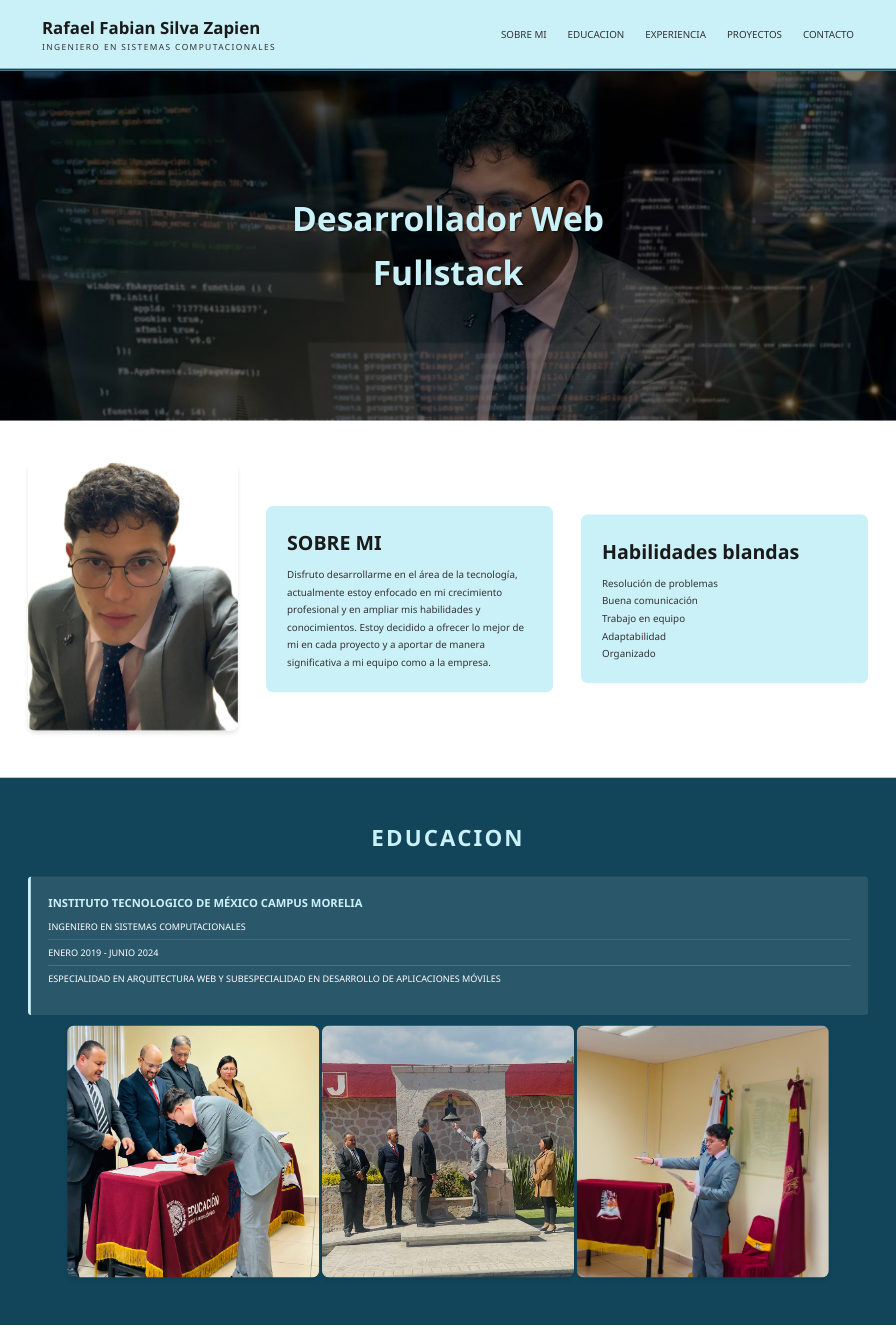
Repository: rafaelsilva2k/mi-portafolio
Page: index.html
The author's editor kept a copy of each file at every save. The page is drawn from the files as they stood at one save, then again after a run of saves.
The browser window is 1280 px wide. The pictures show the part of the page from y = 0 to 1920 px (the page is 3313 px tall), at 70% of full size.

Above is the page before, as saved 2026-04-17 13:01:07.

### index.html
<!DOCTYPE html>
<html lang="en">
<head>
    <meta charset="UTF-8">
    <meta name="viewport" content="width=device-width, initial-scale=1.0">
    <title>Rafael Fabian Silva Zapien</title>
    <link rel="stylesheet" href="styles.css">
</head>
<body>
    <!-- HEADER: Nombre, Profesión y Menú de Navegación -->
    <header class="header">
        <div class="header-content">
            <div class="logo-section">
                <h1>Rafael Fabian Silva Zapien</h1>
                <p class="profession">INGENIERO EN SISTEMAS COMPUTACIONALES</p>
            </div>

            <nav class="navbar">
                <ul>
                    <li><a href="#sobre-mi">SOBRE MI</a></li>
                    <li><a href="#educacion">EDUCACION</a></li>
                    <li><a href="#experiencia">EXPERIENCIA</a></li>
                    <li><a href="#proyectos">PROYECTOS</a></li>
                    <li><a href="#contacto">CONTACTO</a></li>
                </ul>
            </nav>
        </div>
    </header>

    <!-- HERO SECTION: Imagen grande con texto "Desarrollador Web Fullstack" -->
     <section class="hero">
        <div class="hero-content">
            <h2>Desarrollador Web<br>Fullstack</h2>
        </div>
     </section>

     <!-- SECCIÓN SOBRE MÍ: Foto + Descripción -->
      <section id="sobre-mi" class="sobre-mi">
        <div class="sobre-mi-container">
            <div class="sobre-mi-foto">
                <img src="images/me.png" alt="Rafael Silva">
            </div>
            <div class="sobre-mi-texto">
                <h2>SOBRE MI</h2>
                <p>Disfruto desarrollarme en el área de la tecnología, actualmente estoy enfocado en mi crecimiento profesional y en ampliar mis habilidades y conocimientos. Estoy decidido a ofrecer lo mejor de mi en cada proyecto y a aportar de manera significativa a mi equipo como a la empresa.</p>
            </div>
            <div class="sobre-mi-texto">
                <h2>Habilidades blandas</h2>
                <p> Resolución de problemas <br> Buena comunicación <br> Trabajo en equipo  <br> Adaptabilidad <br> Organizado</p>
            </div>
        </div>
      </section>

      <!--Seccion de Educacion-->
      <section id="educacion" class="educacion">
        <h2>EDUCACION</h2>
        <div class="educacion-content">
            <div class="educacion-item">
                <h4>INSTITUTO TECNOLOGICO DE MÉXICO CAMPUS MORELIA</h4>
                <p>INGENIERO EN SISTEMAS COMPUTACIONALES</p>
                <p>ENERO 2019 - JUNIO 2024</p>
                <p>ESPECIALIDAD EN ARQUITECTURA WEB Y SUBESPECIALIDAD EN DESARROLLO DE APLICACIONES MÓVILES</p>
            </div>
            <div class="education-item">
                <div class="education-photos">
                    <img src="images/FirmaTitulacion.jpeg">
                    <img src="images/campanaTitulacion.jpeg">
                    <img src="images/titulacion.jpeg">
                </div>
            </div>
        </div>
      </section>

      <section id="experiencia" class="experiencia">
        <h2>EXPERIENCIA PROFESIONAL</h2>
            <div class="experiencia-content">
                <div class="experiencia-item">
                    <h3>HARMAN a Samsung Company</h3>
                    <p>Residencias Profesionales HARMAN, Samsung Company Enero - Junio 2024 </p><br>
                    <h5>PROYECTO DE SALIDAS MISCELÁNEAS</h5>
                    <p></p>Se trabajo en el desarrolló de una página web que permitió a la empresa
                    controlar y gestionar los productos salientes. Además, se coordinó el flujo de
                    aprobación entre diversas áreas como comercio exterior, logística y seguridad. <br> <br>
                    <h5>PROYECTO COSTO DE BIENES VENDIDOS (COGS)</h5>
                    Se trabajo en la automatización el cálculo de COGS e implementó un módulo
                    que agiliza la obtención de datos para el reporte de COGS, logrando un análisis
                    más detallado y una representación gráfica eficaz de la información.</p>
                </div>
                <div class="experiencia-item">
                    <h3>FIRA - Fideicomisos Instituidos en Relación con la Agricultura</h3>
                    <p>Desarrollador Fullstack en FIRA, Morelia Julio 2024 - Actualidad <br> <br>
                    • Migración, mejora y mantenimiento de múltiples aplicaciones institucionales,
                    entre ellas: Mesa de Servicios, Reservación de Salas, Seguimientos SIPOT,
                    Solicitudes INAI, Ingresos Retenciones, SIPOT, entre otras.
                    Aplicaciones desarrolladas en CodeIgniter (PHP), JavaScript, HTML y CSS,
                    en las cuales realicé correcciones críticas, optimizaciones de rendimiento y
                    mejoras funcionales.
                    Implementación de consumo de APIs internas de FIRA (Capital Humano)
                    cuando fue requerido.
                    Sustitución de vistas de Capital Humano en base de datos por procesos
                    internos más eficientes.
                    Todas las aplicaciones intervenidas fueron migradas a SQL Server 2019. <br>
                    • Desarrollo de un módulo completo dentro de la aplicación Reservación de
                    Salas para la gestión y reservación de cargadores eléctricos para vehículos del
                    personal interno.<br>
                    • Colaboración en la aplicación Siniestralidad, desarrollada originalmente en
                    ASP, la cual fue migrada a SQL Server 2019 y sometida a una limpieza y
                    depuración general. Posteriormente se detectaron fallas en el funcionamiento y
                    realicé los ajustes necesarios para su correcta operación.<br>
                    • Participación en la migración de la aplicación Firma Electrónica, actualizando
                    la plataforma de Java 1.4 a Java 17, así como la migración de Tomcat y todos
                    los cambios estructurales requeridos para garantizar compatibilidad y
                    estabilidad.<br>
                    • Elaboración de documentación técnica detallada para todos los proyectos,
                    facilitando futuras tareas de mantenimiento, soporte y transferencia de
                    conocimiento dentro del equipo. Apoyo adicional en la preparación de
                    documentación para describir cambio</p>
                </div>
            </div>
      </section>

      <!--Seccion de proyectos-->
      <section id="proyectos" class="proyectos">
        <h2>PROYECTOS</h2>
        <div class="proyectos-content">
            <div class="proyectos-item">
                <h4>Primer proyecto</h4>
                <img src="" alt="Proyecto-1-name">
            </div>
            <div class="proyectos-item">
                <h4> Segundo proyecto</h4>
                <img src="" alt="Proyecto-2-name">
            </div>
            <div class="proyectos-item">
                <h4>Tercer proyecto</h4>
                <img src="" alt="proyecto-3-name">
            </div>
        </div>
      </section>

      <section id="contacto" class="contacto">
        <h2>Contacto</h2>
        <div class="contacto-content">
            <p>Email: rafaelsilva2k256@gmail.com</p>
            <p>LinkedIn: <a href="www.linkedin.com/in/rafael-fabian-silva-zapien-a124ba247">Perfil de Linkedin</a></p>
            <p>GitHub: <a href="#">Tu GitHub</a></p>
        </div>
      </section>

      <!--footer-->
      <footer class="footer">
        <p>&copy; 2024 Rafael Fabian Silva Zapien. Todos los derechos reservados.</p>
      </footer>

      <script src="script.js"></script>
</body>
</html>

### styles.css
/* ============================================
   RESET Y VARIABLES GLOBALES
   ============================================ */

* {
    margin: 0;
    padding: 0;
    box-sizing: border-box;
}

:root {
    --color-primary: #caf0f8;      /* Amarillo */
    --color-secondary: #124559;    /* Dorado/Marrón */
    --color-dark: #1a1a1a;         /* Negro */
    --color-text: #333333;         /* Texto gris oscuro */
    --color-white: #ffffff;        /* Blanco */
}

body {
    font-family: 'Segoe UI', Tahoma, Geneva, Verdana, sans-serif;
    color: var(--color-text);
    line-height: 1.6;
}

/* ============================================
   HEADER - Menú y nombre
   ============================================ */

.header {
    background-color: var(--color-primary);
    padding: 20px 0;
    border-bottom: 3px solid var(--color-secondary);
    position: sticky;
    top: 0;
    z-index: 100;
}

.header-content {
    max-width: 1200px;
    margin: 0 auto;
    padding: 0 20px;

    /* FLEXBOX: Alinea nombre a la izquierda y menú a la derecha */
    display: flex;
    justify-content: space-between;
    align-items: center;
}

.logo-section h1 {
    font-size: 24px;
    font-weight: bold;
    color: var(--color-dark);
}

.profession {
    font-size: 12px;
    color: var(--color-text);
    letter-spacing: 2px;
}

/* NAVEGACIÓN - Menú horizontal */
.navbar ul {
    list-style: none;

    /* FLEXBOX: Alinea los items del menú horizontalmente */
    display: flex;
    gap: 30px;
}

.navbar a {
    text-decoration: none;
    color: var(--color-text);
    font-size: 14px;
    font-weight: 500;
    transition: color 0.3s ease;
}

.navbar a:hover {
    color: var(--color-secondary);
}

/* ============================================
   HERO SECTION - Imagen grande
   ============================================ */

.hero {
    background: linear-gradient(rgba(0, 0, 0, 0.5), rgba(0, 0, 0, 0.5)),
                url('images/iaGeneratedMe.jpeg');
    background-size: cover;
    background-position: center;
    height: 500px;

    /* FLEXBOX: Centra el texto en el hero */
    display: flex;
    align-items: center;
    justify-content: center;
    text-align: center;
}

.hero-content h2 {
    font-size: 48px;
    color: var(--color-primary);
    font-weight: bold;
    text-shadow: 2px 2px 4px rgba(0, 0, 0, 0.7);
}

/* ============================================
   SECCIÓN SOBRE MÍ
   ============================================ */

.sobre-mi {
    padding: 60px 20px;
    background-color: var(--color-white);
}

.sobre-mi-container {
    max-width: 1200px;
    margin: 0 auto;

    /* FLEXBOX: Alinea foto a la izquierda y texto a la derecha */
    display: flex;
    gap: 40px;
    align-items: center;
}

.sobre-mi-foto {
    flex: 0 0 300px;  /* Ancho fijo de 300px */
}

.sobre-mi-foto img {
    width: 100%;
    border-radius: 10px;
    box-shadow: 0 4px 6px rgba(0, 0, 0, 0.1);
}

.sobre-mi-texto {
    flex: 1;  /* Ocupa el espacio restante */
    background-color: var(--color-primary);
    padding: 30px;
    border-radius: 10px;
}

.sobre-mi-texto h2 {
    font-size: 28px;
    margin-bottom: 10px;
    color: var(--color-dark);
}

.sobre-mi-texto h3 {
    font-size: 14px;
    letter-spacing: 2px;
    margin-bottom: 20px;
    color: var(--color-secondary);
}

.sobre-mi-texto p {
    font-size: 14px;
    line-height: 1.8;
    color: var(--color-text);
}

/* ============================================
   SECCIÓN EDUCACIÓN
   ============================================ */

.educacion {
    padding: 60px 20px;
    background-color: var(--color-secondary);
    color: var(--color-white);
}

.educacion h2 {
    font-size: 32px;
    margin-bottom: 30px;
    text-align: center;
    color: var(--color-primary);
    letter-spacing: 3px;
}

.educacion-content {
    max-width: 1200px;
    margin: 0 auto;
}

.educacion-item {
    background-color: rgba(255, 255, 255, 0.1);
    padding: 25px;
    margin-bottom: 15px;
    border-left: 4px solid var(--color-primary);
    border-radius: 5px;
}

.educacion-item h4 {
    font-size: 16px;
    margin-bottom: 10px;
    color: var(--color-primary);
}

.educacion-item p {
    font-size: 13px;
    margin-bottom: 8px;
    padding-bottom: 8px;
    border-bottom: 1px solid rgba(255, 255, 255, 0.2);
}

.educacion-item p:last-child {
    border-bottom: none;
}

.education-photos {
    flex: 0 0 300px;  /* Ancho fijo de 300px */
    text-align: center;
}

.education-photos img {
    width: 30%;
    border-radius: 10px;
    box-shadow: 0 4px 6px rgba(0, 0, 0, 0.1);
}

/* ============================================
   SECCIÓN EXPERIENCIA
   ============================================ */

.experiencia {
    padding: 60px 20px;
    background-color: var(--color-white);
}

.experiencia h2 {
    font-size: 32px;
    margin-bottom: 30px;
    text-align: center;
    color: var(--color-secondary);
    letter-spacing: 3px;
}

.experiencia-content {
    max-width: 1200px;
    margin: 0 auto;

    /* FLEXBOX: Coloca los items uno al lado del otro */
    display: flex;
    gap: 30px;
}

.experiencia-item {
    flex: 1;
    background-color: var(--color-primary);
    padding: 25px;
    border-radius: 8px;
    border-left: 4px solid var(--color-secondary);
}

.experiencia-item h4 {
    font-size: 16px;
    margin-bottom: 10px;
    color: var(--color-dark);
}

.experiencia-item p {
    font-size: 13px;
    color: var(--color-text);
}

/* ============================================
   SECCIÓN PROYECTOS
   ============================================ */

.proyectos {
    padding: 60px 20px;
    background-color: var(--color-primary);
}

.proyectos h2 {
    font-size: 32px;
    margin-bottom: 30px;
    text-align: center;
    color: var(--color-secondary);
    letter-spacing: 3px;
}

.proyectos-content {
    max-width: 1200px;
    margin: 0 auto;

    /* FLEXBOX: Coloca las tarjetas en 3 columnas */
    display: flex;
    gap: 25px;
    justify-content: space-between;
}

.proyectos-item {
    flex: 1;
    background-color: var(--color-white);
    padding: 20px;
    border-radius: 8px;
    box-shadow: 0 2px 8px rgba(0, 0, 0, 0.1);
    transition: transform 0.3s ease;
}

.proyectos-item:hover {
    transform: translateY(-5px);
}

.proyectos-item h4 {
    font-size: 16px;
    margin-bottom: 15px;
    color: var(--color-dark);
}

.proyectos-item img {
    width: 100%;
    height: 200px;
    object-fit: cover;
    border-radius: 5px;
    background-color: var(--color-secondary);
}

/* ============================================
   SECCIÓN CONTACTO
   ============================================ */

.contacto {
    padding: 60px 20px;
    background-color: var(--color-secondary);
    color: var(--color-white);
    text-align: center;
}

.contacto h2 {
    font-size: 32px;
    margin-bottom: 30px;
    color: var(--color-primary);
    letter-spacing: 3px;
}

.contacto-content {
    max-width: 600px;
    margin: 0 auto;
    font-size: 14px;
    line-height: 2;
}

.contacto-content a {
    color: var(--color-primary);
    text-decoration: none;
    font-weight: bold;
}

.contacto-content a:hover {
    text-decoration: underline;
}

/* ============================================
   FOOTER
   ============================================ */

.footer {
    background-color: var(--color-dark);
    color: var(--color-white);
    text-align: center;
    padding: 20px;
    font-size: 12px;
}

/* ============================================
   RESPONSIVE - Para dispositivos móviles
   ============================================ */

@media (max-width: 768px) {
    .header-content {
        flex-direction: column;
        gap: 20px;
    }

    .navbar ul {
        gap: 15px;
        font-size: 12px;
    }

    .sobre-mi-container {
        flex-direction: column;
    }

    .sobre-mi-foto {
        flex: 0 0 200px;
    }

    .experiencia-content {
        flex-direction: column;
    }

    .proyectos-content {
        flex-direction: column;
    }

    .hero-content h2 {
        font-size: 32px;
    }
}

Loaded but not shown: script.js (no copy from this time; the picture is the same without it)

After the next 4 saves:
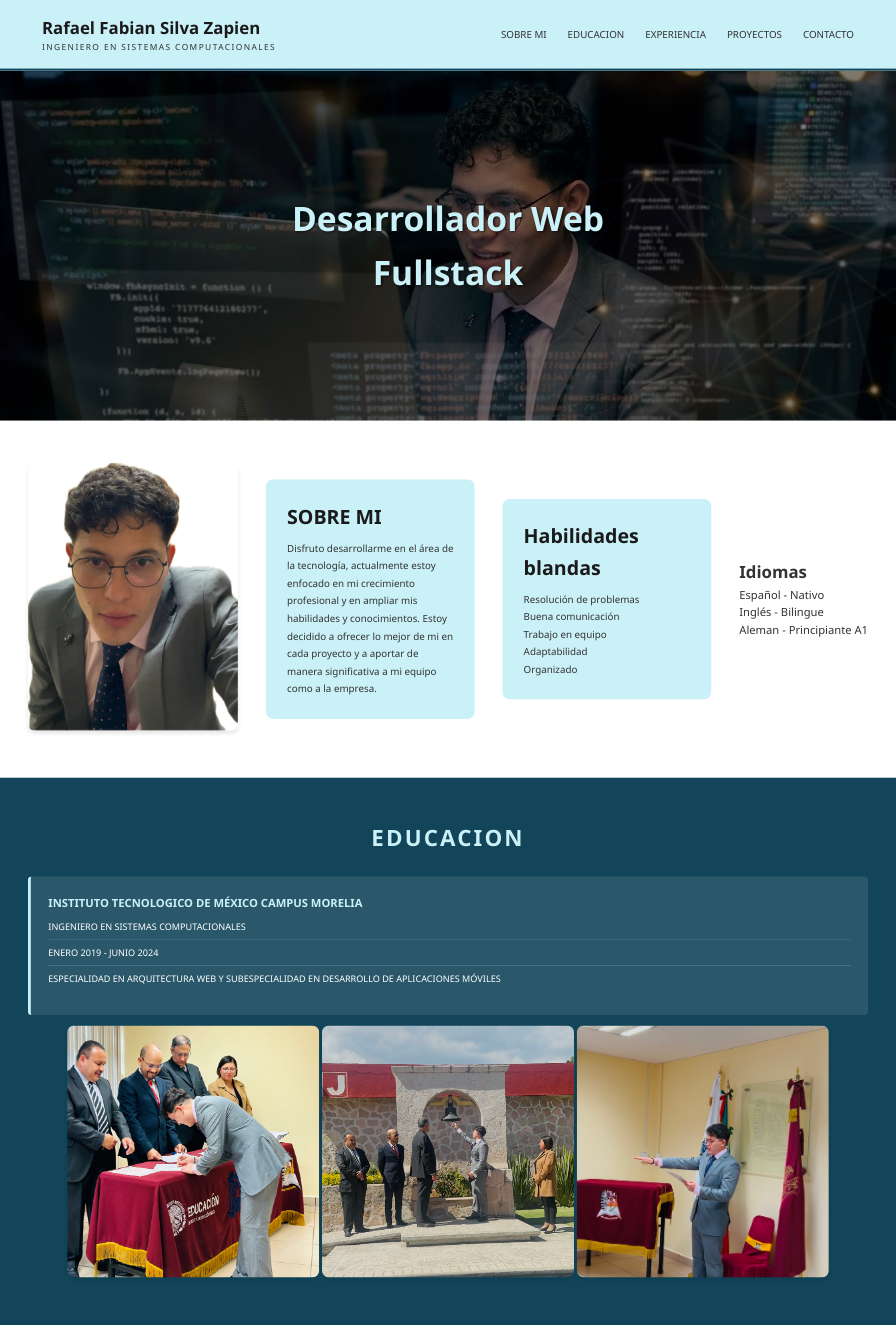
The 4 saves are shown as one change because they came seconds apart.
The last was saved 20 s later.
--- a/index.html
+++ b/index.html
@@ -47,6 +47,10 @@
             <div class="sobre-mi-texto">
                 <h2>Habilidades blandas</h2>
                 <p> Resolución de problemas <br> Buena comunicación <br> Trabajo en equipo  <br> Adaptabilidad <br> Organizado</p>
+            </div>
+            <div class="">
+                <h2>Idiomas</h2>
+                <p>Español - Nativo <br> Inglés - Bilingue <br> Aleman - Principiante A1</p>
             </div>
         </div>
       </section>
